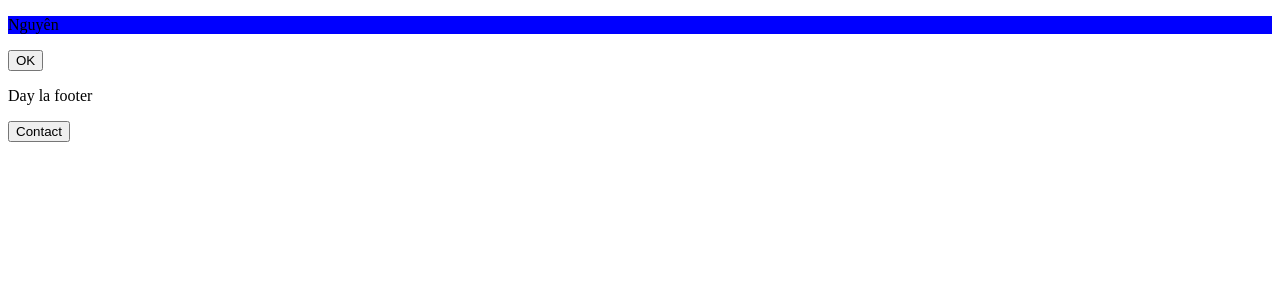
Repository: nguyenary/LeanSASS
Page: index.html
The author's editor kept a copy of each file at every save. The page is drawn from the files as they stood at one save, then again after the next save.
The browser window is 1280 px wide. The pictures show the whole page.
The style sheet was rebuilt from its Sass, Less or Tailwind sources for each picture, by a compiler version that may differ from the author's.

Above is the page before, as saved 2021-09-04 22:39:12.

After the next save:
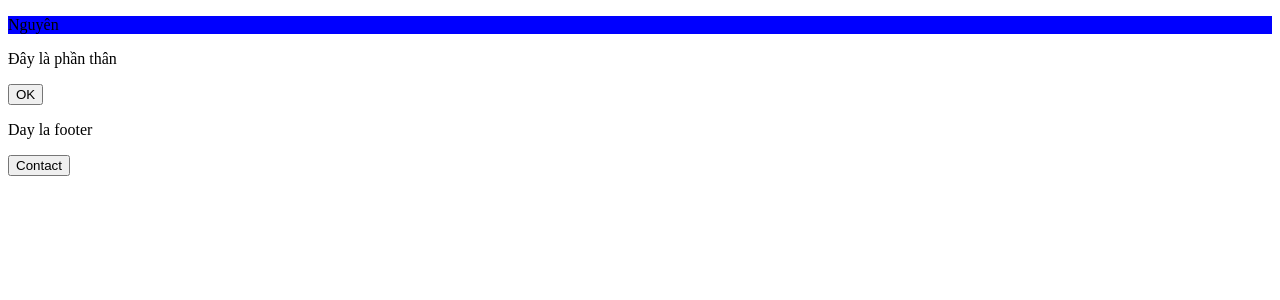
Saved 70 s later.
--- a/index.html
+++ b/index.html
@@ -12,7 +12,7 @@
         <p>Nguyên</p>
     </header>
     <section>
-        <p></p>
+        <p>Đây là phần thân</p>
         <button class="btn">OK</button>
     </section>
     <footer>
